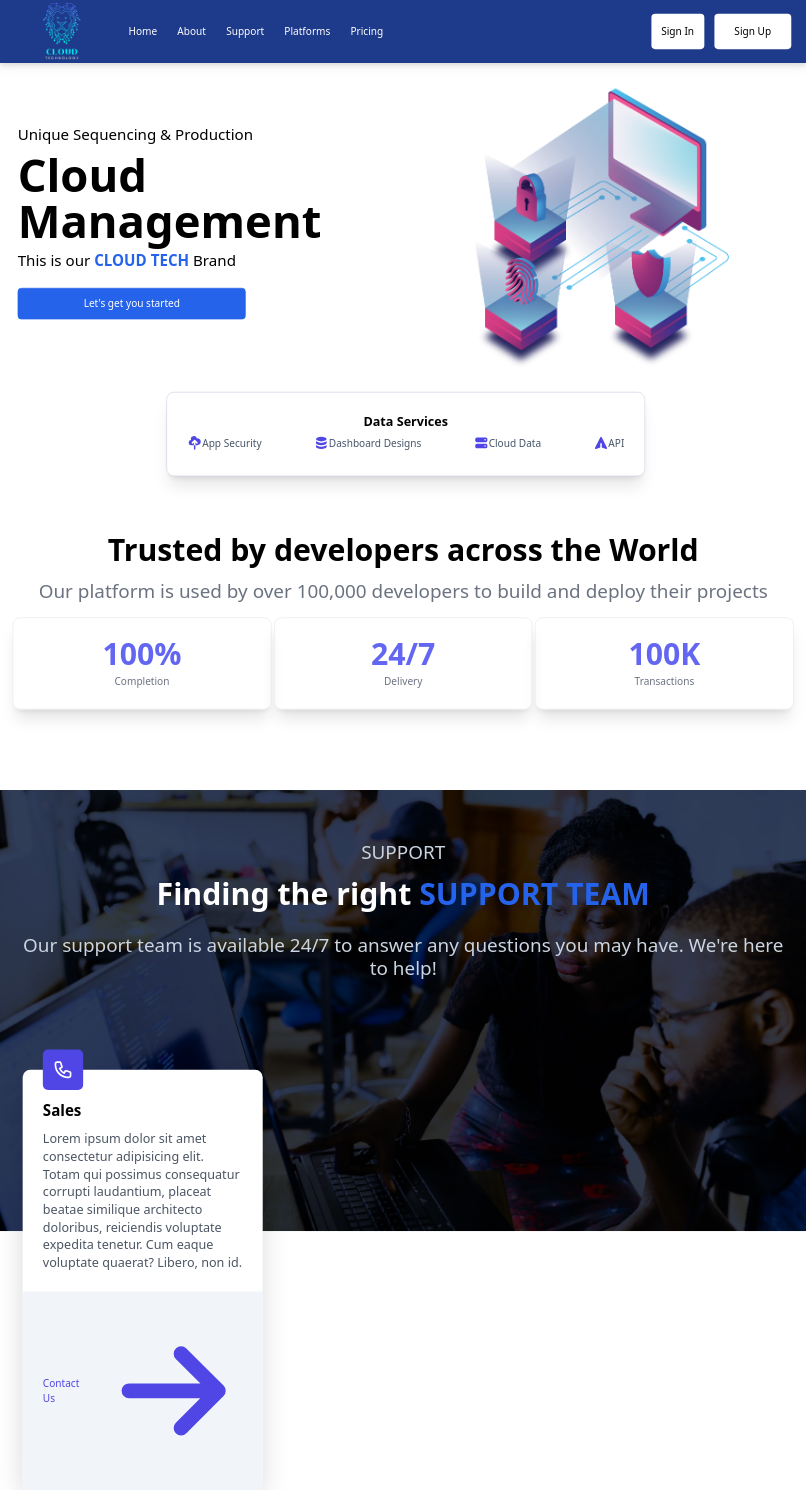
Repository: Esther-Kamau/cloud-management
Page: /
These files come from the project's save history. The page is drawn as it stood at one moment and after a run of saves; the edit follows.
The browser window is 1280 px wide. The pictures show the whole page, at 63% of full size.
The project was rebuilt for these pictures with package versions that can differ from the ones it lists, and the page was loaded fresh each time. A package was used in the major version that the imports need, not the one package.json lists.

Above is the page before, as saved 2023-03-16 20:08:12.

### public/index.html
<!DOCTYPE html>
<html lang="en">
  <head>
    <meta charset="utf-8" />
    <link rel="icon" href="%PUBLIC_URL%/Logo.png" />
    <meta name="viewport" content="width=device-width, initial-scale=1" />
    <meta name="theme-color" content="#000000" />
    <meta
      name="description"
      content="Web site created using create-react-app"
    />
    <link rel="apple-touch-icon" href="%PUBLIC_URL%/Logo.png" />
    <!--
      manifest.json provides metadata used when your web app is installed on a
      user's mobile device or desktop. See https://developers.google.com/web/fundamentals/web-app-manifest/
    -->
    <link rel="manifest" href="%PUBLIC_URL%/manifest.json" />
    <!--
      Notice the use of %PUBLIC_URL% in the tags above.
      It will be replaced with the URL of the `public` folder during the build.
      Only files inside the `public` folder can be referenced from the HTML.

      Unlike "/favicon.ico" or "favicon.ico", "%PUBLIC_URL%/favicon.ico" will
      work correctly both with client-side routing and a non-root public URL.
      Learn how to configure a non-root public URL by running `npm run build`.
    -->
    <title>Cloud Technology</title>
  </head>
  <body>
    <noscript>You need to enable JavaScript to run this app.</noscript>
    <div id="root"></div>
    <!--
      This HTML file is a template.
      If you open it directly in the browser, you will see an empty page.

      You can add webfonts, meta tags, or analytics to this file.
      The build step will place the bundled scripts into the <body> tag.

      To begin the development, run `npm start` or `yarn start`.
      To create a production bundle, use `npm run build` or `yarn build`.
    -->
  </body>
</html>

### src/index.css
@tailwind base;
@tailwind components;
@tailwind utilities;

@layer base{
    li{
      @apply p-4 text-white hover:text-slate-300
    }
    button {
        @apply p-4 text-white border bg-blue-600 border-blue-600
        hover:bg-transparent hover:text-black rounded-md
      }
}

### src/App.jsx
import Navbar from "./components/Navbar"
import Hero from "./components/Hero"
import About from "./components/About"
import Support from "./components/Support"

function App() {
  return (

    <>
  <Navbar/>
  <Hero/>
  <About/>
  <Support/>
    </>
  );
}

export default App;

### src/components/Navbar.jsx
import React, { useState } from "react";
import { MenuIcon, XIcon } from "@heroicons/react/outline";
import Logo from "../assets/Logo.png";

const Navbar = () => {
  const [nav, setNav] = useState(false);
  const handleClick = () => setNav(!nav);

  return (
    <div className="w-screen h-[100px] z-10 bg-blue-900 fixed drop-shadow-lg">
      <div className="px-2 flex justify-between items-center w-full h-full">
        <div className="flex items-center">
          <img className="h-[180px] w-[180px]" src={Logo} alt="Logoimg" />
          <ul className="hidden md:flex">
            <li>Home</li>
            <li>About</li>
            <li>Support</li>
            <li>Platforms</li>
            <li>Pricing</li>
          </ul>
        </div>
        <div className="hidden md:flex pr-4">
          <button className="border-none bg-white text-black mr-4 hover:text-white hover:bg-blue-300">
            Sign In
          </button>
          <button className="border-none bg-white text-black px-8 py-3 hover:text-white hover:bg-blue-300">
            Sign Up
          </button>
        </div>
        {/* toggle state */}
        <div className="md:hidden" onClick={handleClick}>
          {/* if the opposite of nav is true display this else xicon */}
          {!nav ? (
            <MenuIcon className="w-8 stroke-white" />
          ) : (
            <XIcon className="w-8 stroke-white" />
          )}
        </div>
      </div>
      {/* if nav is not true hide the menu if tru display the menu */}
      <ul className={!nav ? "hidden" : "absolute bg-blue-900 w-full px-8"}>
        <li className="border-b-2 border-blue-200 w-full">Home</li>
        <li className="border-b-2 border-blue-200 w-full">About</li>
        <li className="border-b-2 border-blue-200 w-full">Support</li>
        <li className="border-b-2 border-blue-200 w-full">Platforms</li>
        <li className="border-b-2 border-blue-200 w-full">Pricing</li>
        <div className="flex flex-col my-4">
          <button className=" bg-transparent text-white mb-4 hover:bg-white hover:text-black">Sign In</button>

          <button className="px-8 py-3">Sign Up</button>
        </div>
      </ul>
    </div>
  );
};

export default Navbar;

### src/components/Hero.jsx
import React from "react";
import {
  CloudUploadIcon,
  DatabaseIcon,
  PaperAirplaneIcon,
  ServerIcon,
} from "@heroicons/react/solid";

import bgImg from "../assets/cyber-bg.png";

const Hero = () => {
  return (
    <div className="w-full h-screen flex flex-col justify-between">
      <div className="grid md:grid-cols-2 max-w-[1240px] m-auto">
        <div className="flex flex-col justify-center md:items-start w-full px-2 py-3">
          <p className="text-2xl">Unique Sequencing & Production</p>
          <h1 className="py-3 text-5xl font-bold md:text-7xl">
            Cloud Management
          </h1>
          <p className="text-2xl mb-3">
            This is our{" "}
            <span className="text-blue-600 font-bold">CLOUD TECH</span> Brand
          </p>
          <button className="py-3 px-6 sm:w-[60%] my-4">
            Let's get you started
          </button>
        </div>
        <div>
          <img src={bgImg} alt="bg" className="w-full" />
        </div>
        {/* check on this later: absolute position */}
        <div
         className='absolute flex flex-col py-8 md:min-w-[760px] bottom-[-5%]
         mx-1 md:left-1/2 transform md:-translate-x-1/2 bg-white
         border border-slate-300 rounded-xl text-center shadow-xl'
        >
          <p className="text-xl font-semibold text-center">Data Services</p>
          <div className="flex flex-wrap justify-between px-4">
            <p className="flex px-4 py-2 text-slate-600"><CloudUploadIcon  className="h-6 text-indigo-600" /> App Security</p>
            <p className="flex px-4 py-2 text-slate-600"><DatabaseIcon className="h-6 text-indigo-600" /> Dashboard Designs</p>
            <p className="flex px-4 py-2 text-slate-600"><ServerIcon className="h-6 text-indigo-600"/> Cloud Data</p>
            <p className="flex px-4 py-2 text-slate-600"><PaperAirplaneIcon className="h-6 text-indigo-600"/> API</p>
          </div>
        </div>
      </div>
    </div>
  );
};

export default Hero;

### src/components/About.jsx
import React from "react";

const About = () => {
  return (
    <div className="w-full my-32">
      <div className="max-w-[1240px] mx-auto">
        <div className="text-center">
          <h2 className="text-5xl font-bold">
            Trusted by developers across the World
          </h2>
          <p className="text-3xl py-6 text-gray-500 font-medium">
            Our platform is used by over 100,000 developers to build and deploy
            their projects
          </p>
        </div>
<div className="grid md:grid-cols-3 gap-1 text-center">

        <div  className="border py-8 rounded-xl shadow-xl ">
          <p className="text-5xl text-indigo-500 font-bold">100%</p>
          <p className="text-gray-500 mt-2">Completion</p>
        </div>
        <div className="border py-8 rounded-xl shadow-xl ">
          <p className="text-5xl text-indigo-500 font-bold">24/7</p>
          <p className="text-gray-500 mt-2">Delivery</p>
        </div>
        <div className="border py-8 rounded-xl shadow-xl ">
          <p className="text-5xl text-indigo-500 font-bold">100K</p>
          <p className="text-gray-500 mt-2">Transactions</p>
        </div>
</div>
      </div>
    </div>
  );
};

export default About;

### src/components/Support.jsx
import React from "react";
import { PhoneIcon, ArrowSmRightIcon } from "@heroicons/react/outline";
import { ChipIcon, SupportIcon } from "@heroicons/react/solid";

import supportImg from "../assets/support.jpg";

const Support = () => {
  return (
    <div className="w-full h-screen mt-24">
      <div className="w-full h-[700px] bg-gray-900/90 absolute">
        <img
          src={supportImg}
          alt="/"
          className="w-full h-full object-cover mix-blend-overlay"
        />
      </div>
      <div className="max-w-[1240px] mx-auto text-white relative">
        <div className="px-4 py-12">
          <h2 className="pt-8 text-3xl uppercase text-center text-slate-300">Support</h2>
          <p className=" text-center text-5xl font-bold py-6 ">
            Finding the right
             <span className="text-blue-600"> SUPPORT TEAM</span>
          </p>
          <p className="text-3xl text-slate-300 py-4 text-center">
            Our support team is available 24/7 to answer any questions you may
            have. We're here to help!
          </p>
        </div>
        <div className="grid grid-cols-1 lg:grid-cols-3 relative gap-y-16 gap-x-8 px-4 pt-12 sm:pt-20 text-black">
          <div className="bg-white rounded-xl shadow-2xl">
            <div className="p-8">
              <PhoneIcon className="p-4 w-16 text-white bg-indigo-600 mt-[-4rem] rounded-lg"/>
              <h3 className="text-2xl my-4 font-bold">Sales</h3>
              <p className="text-gray-600 text-xl">
                Lorem ipsum dolor sit amet consectetur adipisicing elit. Totam
                qui possimus consequatur corrupti laudantium, placeat beatae
                similique architecto doloribus, reiciendis voluptate expedita
                tenetur. Cum eaque voluptate quaerat? Libero, non id.
              </p>
            </div>
            <div className="bg-slate-100 pl-8 py-4">
              <p className="flex items-center text-indigo-600">
                Contact Us <ArrowSmRightIcon className="" />
              </p>
            </div>
          </div>
        </div>
      </div>
    </div>
  );
};

export default Support;

### tailwind.config.js
/** @type {import('tailwindcss').Config} */
module.exports = {
  content: ['./src/**/*.{js,jsx,ts,tsx}'],
  theme: {
    screens: {
      sm: '640px',
      // => @media (min-width: 640px) { ... }

      md: '768px',
      // => @media (min-width: 768px) { ... }

      lg: '1024px',
      // => @media (min-width: 1024px) { ... }

      xl: '1280px',
      // => @media (min-width: 1280px) { ... }

      '2xl': '1536px',
      // => @media (min-width: 1536px) { ... }
    },
  },
  plugins: [],
};

Loaded but not shown: src/index.js (common file)

After the next 3 saves:
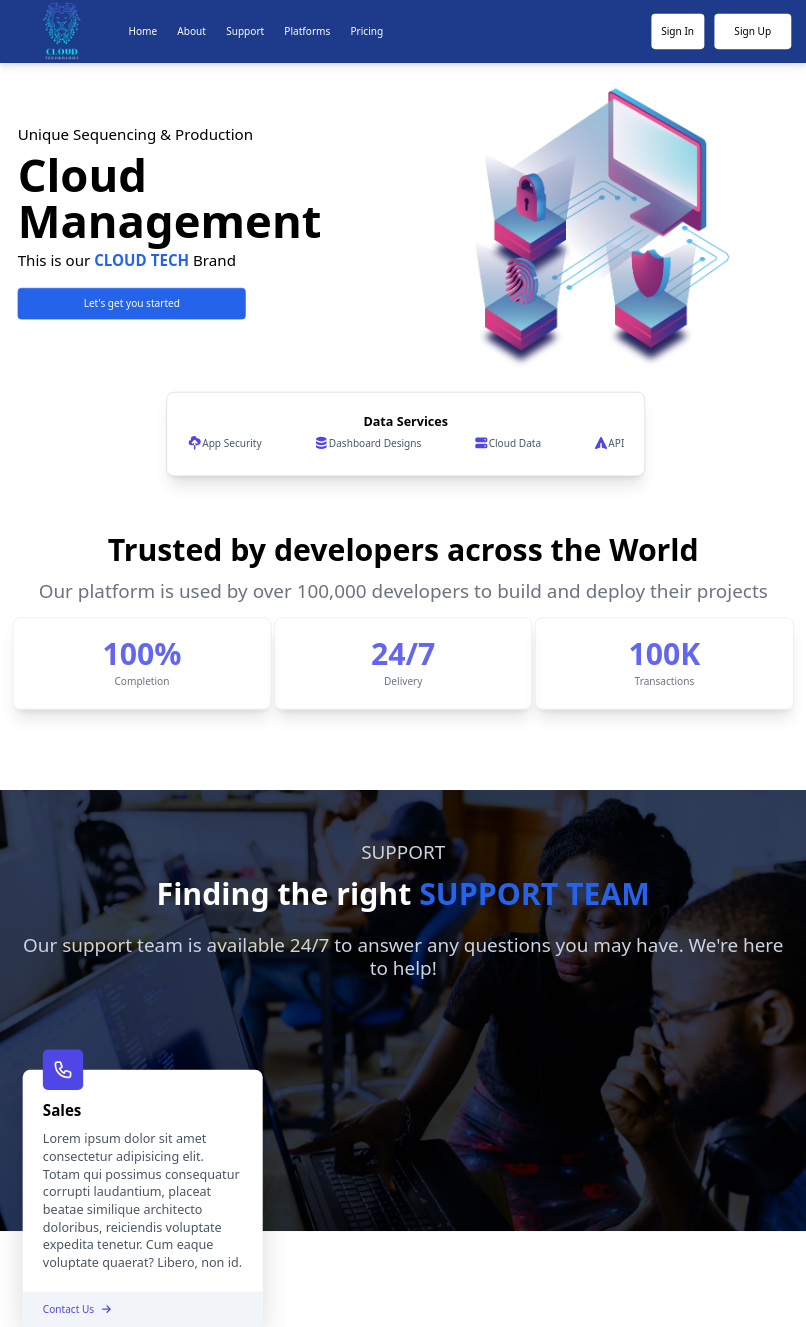
The 3 saves are shown as one change because they came seconds apart.
The last was saved 9 s later.
--- a/src/components/Support.jsx
+++ b/src/components/Support.jsx
@@ -40,7 +40,7 @@ const Support = () => {
             </div>
             <div className="bg-slate-100 pl-8 py-4">
               <p className="flex items-center text-indigo-600">
-                Contact Us <ArrowSmRightIcon className="" />
+                Contact Us <ArrowSmRightIcon className="ml-2 w-6" />
               </p>
             </div>
           </div>
